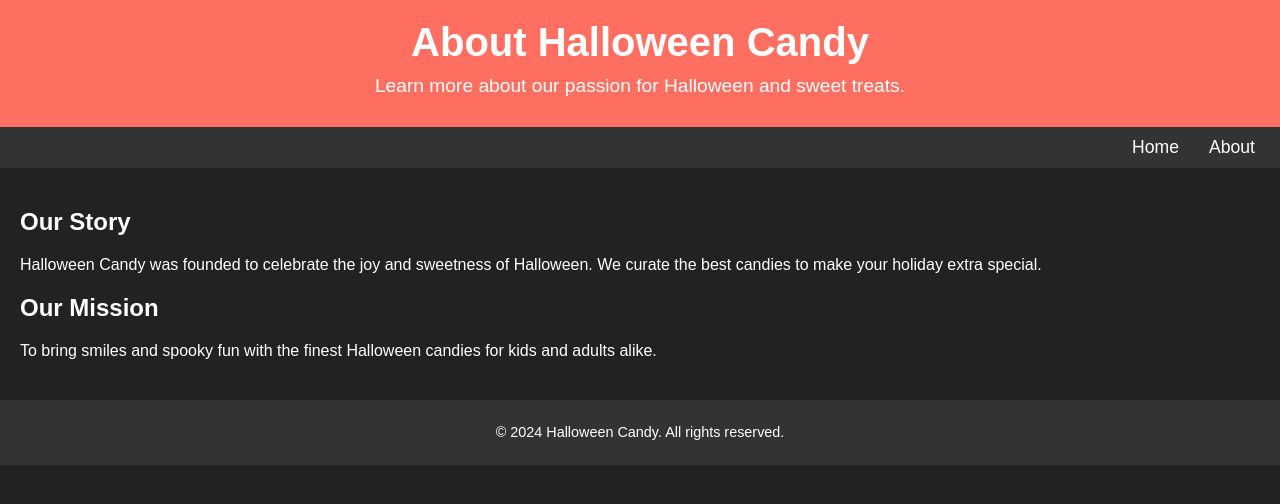
Repository: monicaifijeh/test2
Page: kyportfolio/src/aboutHallo.html
The author's editor kept a copy of each file at every save. The page is drawn from the files as they stood at one save, then again after a run of saves.
The browser window is 1280 px wide. The pictures show the whole page.

Above is the page before, as saved 2024-12-20 00:34:14.

After the next 2 saves:
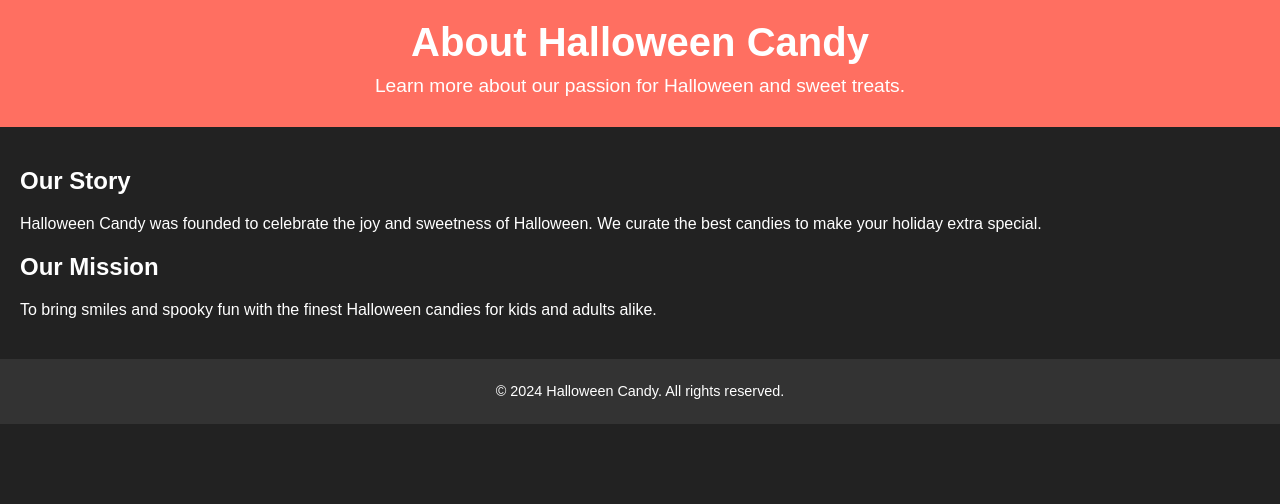
The 2 saves are shown as one change because they came seconds apart.
The last was saved 12 s later.
--- a/kyportfolio/src/aboutHallo.html
+++ b/kyportfolio/src/aboutHallo.html
@@ -11,12 +11,6 @@
         <h1>About Halloween Candy</h1>
         <p>Learn more about our passion for Halloween and sweet treats.</p>
     </header>
-    <nav>
-        <ul>
-            <li><a href="index.html">Home</a></li>
-            <li><a href="about.html">About</a></li>
-        </ul>
-    </nav>
     <main>
         <section>
             <h2>Our Story</h2>
